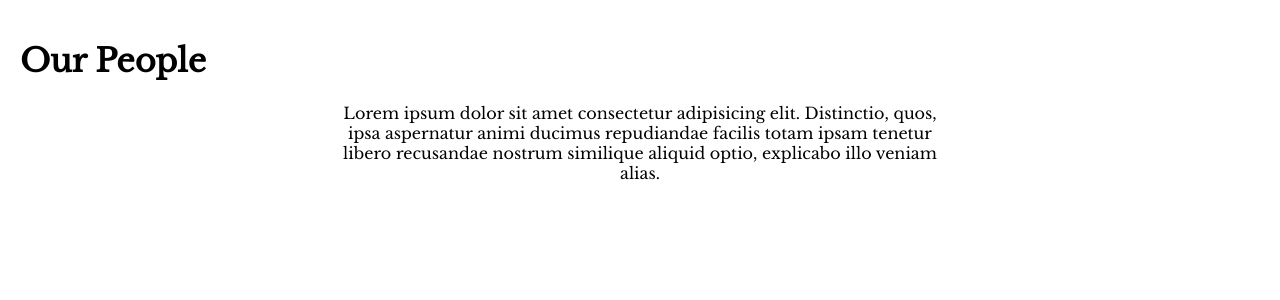
Repository: Tsardines/app
Page: / (app in my-app/)
The author's editor kept a copy of each file at every save. The page is drawn from the files as they stood at one save, then again after the next save.
The browser window is 1280 px wide. The pictures show the whole page.
The page's requests for data from a server got no answer. The project was rebuilt for these pictures with package versions that can differ from the ones it lists, and the page was loaded fresh each time. No one was signed in, and anything a server would have sent is missing.

Above is the page before, as saved 2018-11-14 17:56:18.

### my-app/public/index.html
<!DOCTYPE html>
<html lang="en">
  <head>
    <meta charset="utf-8">
    <meta name="viewport" content="width=device-width, initial-scale=1, shrink-to-fit=no">
    <meta name="theme-color" content="#000000">
    <!--
      manifest.json provides metadata used when your web app is added to the
      homescreen on Android. See https://developers.google.com/web/fundamentals/web-app-manifest/
    -->
    <link rel="manifest" href="%PUBLIC_URL%/manifest.json">
    <link href="https://fonts.googleapis.com/css?family=Libre+Baskerville" rel="stylesheet">
    <!--
      Notice the use of %PUBLIC_URL% in the tags above.
      It will be replaced with the URL of the `public` folder during the build.
      Only files inside the `public` folder can be referenced from the HTML.

      Unlike "/favicon.ico" or "favicon.ico", "%PUBLIC_URL%/favicon.ico" will
      work correctly both with client-side routing and a non-root public URL.
      Learn how to configure a non-root public URL by running `npm run build`.
    -->
    <title>React App</title>
  </head>
  <body>
    <noscript>
      You need to enable JavaScript to run this app.
    </noscript>
    <div id="root"></div>
    <!--
      This HTML file is a template.
      If you open it directly in the browser, you will see an empty page.

      You can add webfonts, meta tags, or analytics to this file.
      The build step will place the bundled scripts into the <body> tag.

      To begin the development, run `npm start` or `yarn start`.
      To create a production bundle, use `npm run build` or `yarn build`.
    -->
  </body>
</html>

### my-app/src/index.css
body {
  margin: 0;
  padding: 0;
  font-family: 'Libre Baskerville', serif;
  -webkit-font-smoothing: antialiased;
  -moz-osx-font-smoothing: grayscale;
}

code {
  font-family: source-code-pro, Menlo, Monaco, Consolas, "Courier New",
    monospace;
}

### my-app/src/App.js
import React, { Component } from 'react';

// import Main from './components/Main.js';
import './App.css';


class App extends Component {
  constructor(props) {
    super(props);

    this.state = {
      items: []
    };
    this.componentWillMount = this.componentWillMount.bind(this);
  }

  componentWillMount() {
    fetch('https://api.myjson.com/bins/vz2rm')
    .then(res => res.json())
    .then(data => {
      this.setState({ items: data });
    });
  }


  render() {

    const { items } = this.state;


    // const flatItems = items.flat(4);


    return (
      <div className="App">

      <h1>Our People</h1>
      <span className="intro"><p>Lorem ipsum dolor sit amet consectetur adipisicing elit. Distinctio, quos, ipsa aspernatur animi ducimus repudiandae facilis totam ipsam tenetur libero recusandae nostrum similique aliquid optio, explicabo illo veniam alias.</p></span>

          { items.map((item, num) => {
              return (

                <div className="people">

                  <div className="elem">
                    <p key={num}>{item.elems}</p>
                  </div>

                    <p key={num}><strong>{item.name}</strong></p>
                    <p key={num}><small>{item.title}</small></p>

                  <div className="hidden">
                    <p key={num}><small>{item.email}</small></p>
                    <p key={num}><small><strong>Office: </strong>{item.office}</small></p>
                  </div>

                </div>
              );
            })}

      </div>
    );
  }
}


export default App;

### my-app/src/App.css
.App {
  display: flex;
  flex-direction: column;
  flex-flow: row nowrap;
  flex-wrap: wrap;
  margin: 1em;
  padding: 0.25em;
  text-align: center;
}

.our-people {
  background-color: orange;
  text-align: center;
}

.intro p {
  margin: auto;
  padding-bottom: 5em;
  width: 50%;
}

.people {
  background-color: #f8f8f8;
  border: 1px solid #f6f6f6;
  height: 25vh;
  margin: 0.5em;
  max-height: 25vh;
  max-width: 15vw;
  min-height: 25vh;
  min-width: 15vw;
  padding: 1em;
  width: 15vw;
}

.elem {
  font-size: 3.45em;
  margin-bottom: -1em;
  margin-top: -1em;
}

.hidden {
  opacity: 0.15;
}

.hidden:hover {
  opacity: 1;
  transition: 0.4s;
}


/* .people:hover .hidden {
  top: 50%;
  transform: translateY(-50%);
} */

Loaded but not shown: my-app/src/index.js (common file); my-app/src/serviceWorker.js (common file)

After the next save:
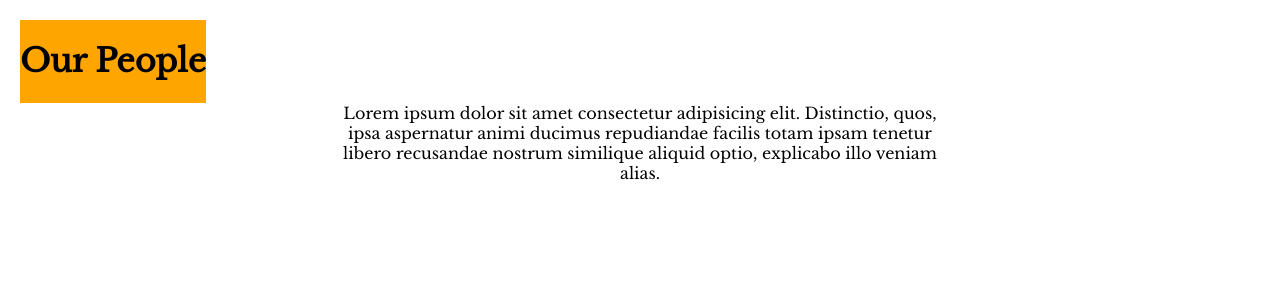
Saved 25 s later.
--- a/my-app/src/App.js
+++ b/my-app/src/App.js
@@ -34,7 +34,7 @@ class App extends Component {
     return (
       <div className="App">
 
-      <h1>Our People</h1>
+      <span className="our-people"><h1>Our People</h1></span>
       <span className="intro"><p>Lorem ipsum dolor sit amet consectetur adipisicing elit. Distinctio, quos, ipsa aspernatur animi ducimus repudiandae facilis totam ipsam tenetur libero recusandae nostrum similique aliquid optio, explicabo illo veniam alias.</p></span>
 
           { items.map((item, num) => {
